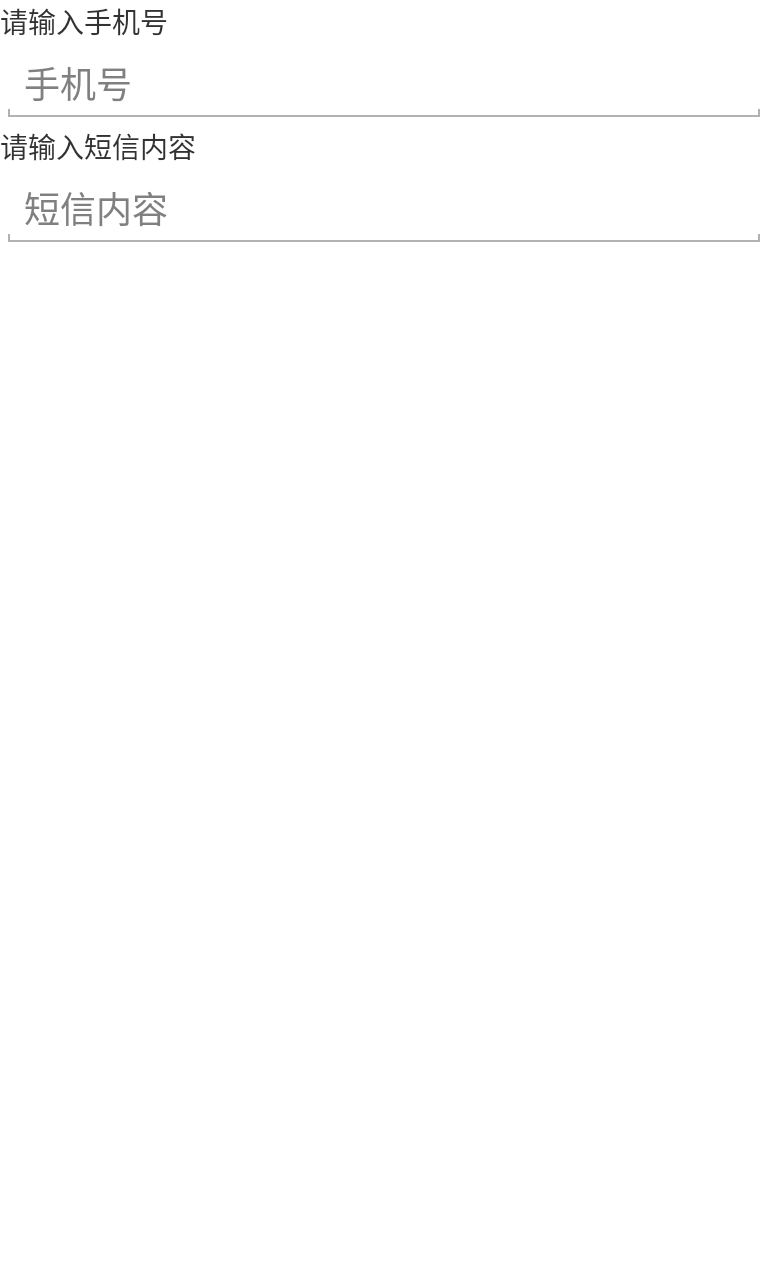
Repository: qq839924354/day01
Layout: code/Layout/res/layout/activity_main.xml
An editor plug-in stored every save of this project. The layout is shown before and after the next save, followed by the edit.
It is drawn on a 768 x 1280 px phone screen (xhdpi) without system bars, with theme AppTheme; the app's code is not run.

Above is the layout before, as saved 2013-02-28 08:14:57.

### code/Layout/res/layout/activity_main.xml
<RelativeLayout xmlns:android="http://schemas.android.com/apk/res/android"
    xmlns:tools="http://schemas.android.com/tools"
    android:layout_width="match_parent"
    android:layout_height="match_parent"
    tools:context=".MainActivity" >

    <TextView
        android:id="@+id/tv_phone"
        android:layout_width="wrap_content"
        android:layout_height="wrap_content"
        android:text="请输入手机号" />

    <EditText
        android:id="@+id/et_phone"
        android:layout_width="fill_parent"
        android:layout_height="wrap_content"
        android:layout_below="@id/tv_phone"
        android:hint="手机号" />

    <TextView
        android:id="@+id/tv_content"
        android:layout_width="wrap_content"
        android:layout_height="wrap_content"
        android:layout_below="@id/et_phone"
        android:text="请输入短信内容" />

    <EditText
        android:layout_below="@id/tv_content"
         android:layout_width="fill_parent"
        android:layout_height="wrap_content"
        android:hint="短信内容"
        android:inputType="textMultiLine"
        />

</RelativeLayout>

Loaded but not shown: code/Layout/res/values/styles.xml (common file); code/Layout/res/values-v11/styles.xml (common file); code/Layout/res/values-v14/styles.xml (common file)

After the next save:
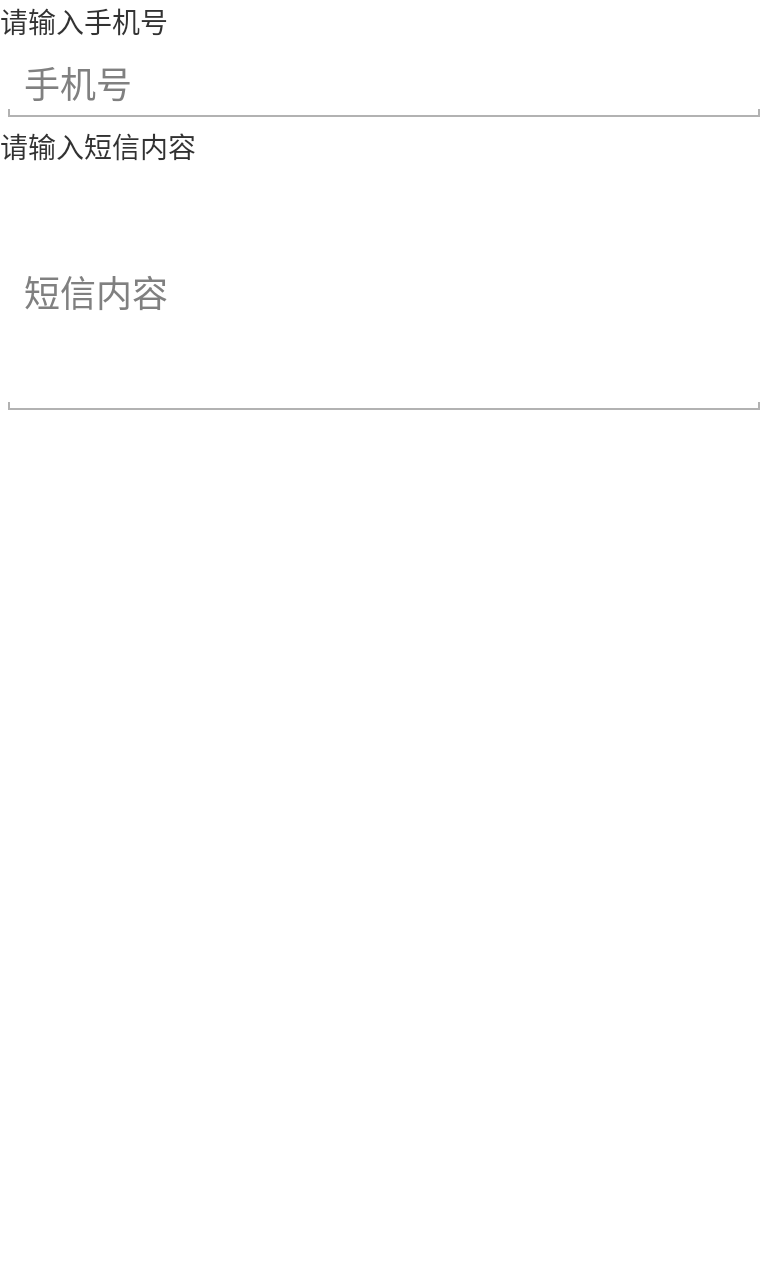
Saved 7 s later.
--- a/code/Layout/res/layout/activity_main.xml
+++ b/code/Layout/res/layout/activity_main.xml
@@ -30,6 +30,7 @@
         android:layout_height="wrap_content"
         android:hint="短信内容"
         android:inputType="textMultiLine"
+        android:minLines="5"
         />
 
 </RelativeLayout>
